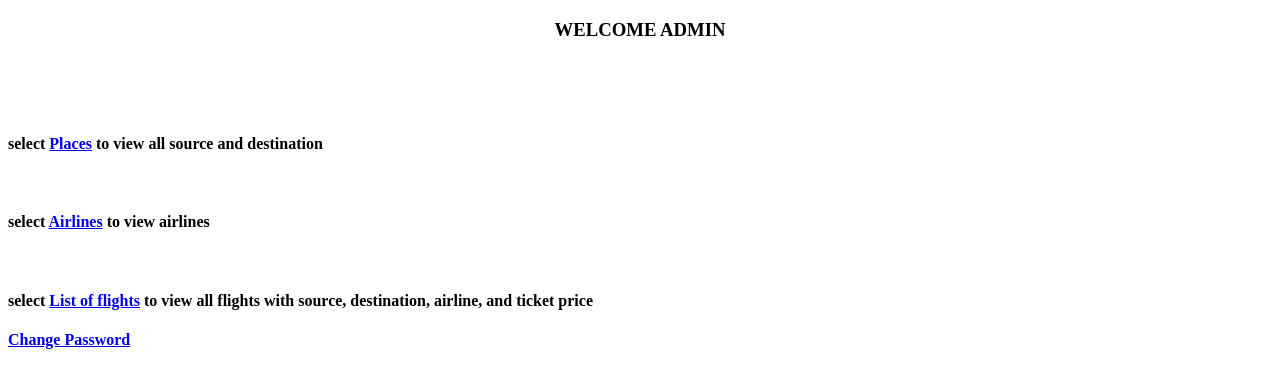
Repository: nihargowda/phase2project
Page: http://localhost/AirAway/adminsuccess.jsp
An editor plug-in stored every save of this project. The page is shown before and after the next save, followed by the edit.
The browser window is 1280 px wide. The pictures show the whole page.
The page is served by Tomcat 9. Other server files are loaded and not shown.

Above is the page before, as saved 2020-11-19 16:00:40.

### AirAway/src/main/webapp/adminsuccess.jsp
<%@ page language="java" contentType="text/html; charset=ISO-8859-1"
    pageEncoding="ISO-8859-1"%>
<!DOCTYPE html>
<html>
<head>
<meta charset="ISO-8859-1">
<title>Insert title here</title>
</head>
<body>
<h3><center> WELCOME ADMIN </center></h3>
<br><br>

<br><h4>select <a href="/AirAway/SourceDestination">Places</a> to view all  source and  destination </h4>
<br><h4>select <a href="/AirAway/AirlineList">Airlines</a> to view airlines </h4>
<br><h4>select <a href="/AirAway/AirAwayDetails">List of flights</a> to view all flights with source, destination, airline, and ticket price </h4>
<h4> <a href='/AirAway/updatepassword.jsp'>Change Password</a>  </h4>

</body>
</html>

After the next save:
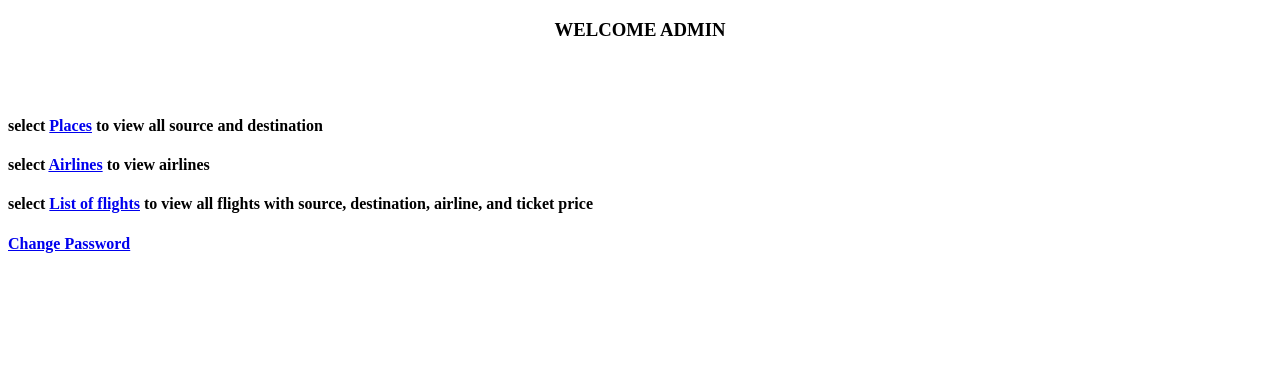
Saved 36 s later.
--- a/AirAway/src/main/webapp/adminsuccess.jsp
+++ b/AirAway/src/main/webapp/adminsuccess.jsp
@@ -10,9 +10,9 @@
 <h3><center> WELCOME ADMIN </center></h3>
 <br><br>
 
-<br><h4>select <a href="/AirAway/SourceDestination">Places</a> to view all  source and  destination </h4>
-<br><h4>select <a href="/AirAway/AirlineList">Airlines</a> to view airlines </h4>
-<br><h4>select <a href="/AirAway/AirAwayDetails">List of flights</a> to view all flights with source, destination, airline, and ticket price </h4>
+<h4>select <a href="/AirAway/SourceDestination">Places</a> to view all  source and  destination </h4>
+<h4>select <a href="/AirAway/AirlineList">Airlines</a> to view airlines </h4>
+<h4>select <a href="/AirAway/AirAwayDetails">List of flights</a> to view all flights with source, destination, airline, and ticket price </h4>
 <h4> <a href='/AirAway/updatepassword.jsp'>Change Password</a>  </h4>
 
 </body>
